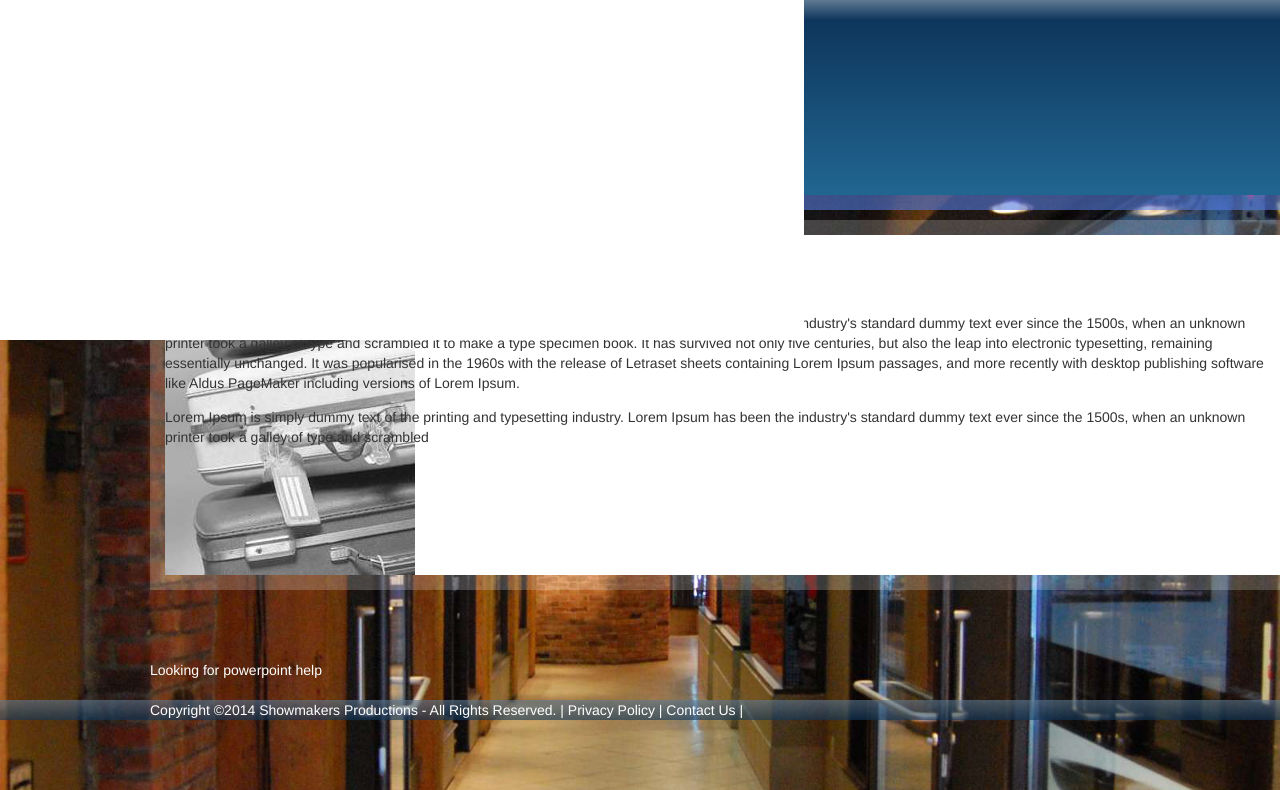
Repository: EddieMachete/showmakers
Page: index.html
The author's editor kept a record of every edit. The page is drawn from the files as they stood at one moment, then again after the next edit.
The browser window is 1280 px wide. The pictures show the whole page.
Backgrounds fixed to the window are drawn as part of the page.

Above is the page before.
Console error: TypeError: Cannot read properties of undefined (reading 'querySelector')

After the next edit:
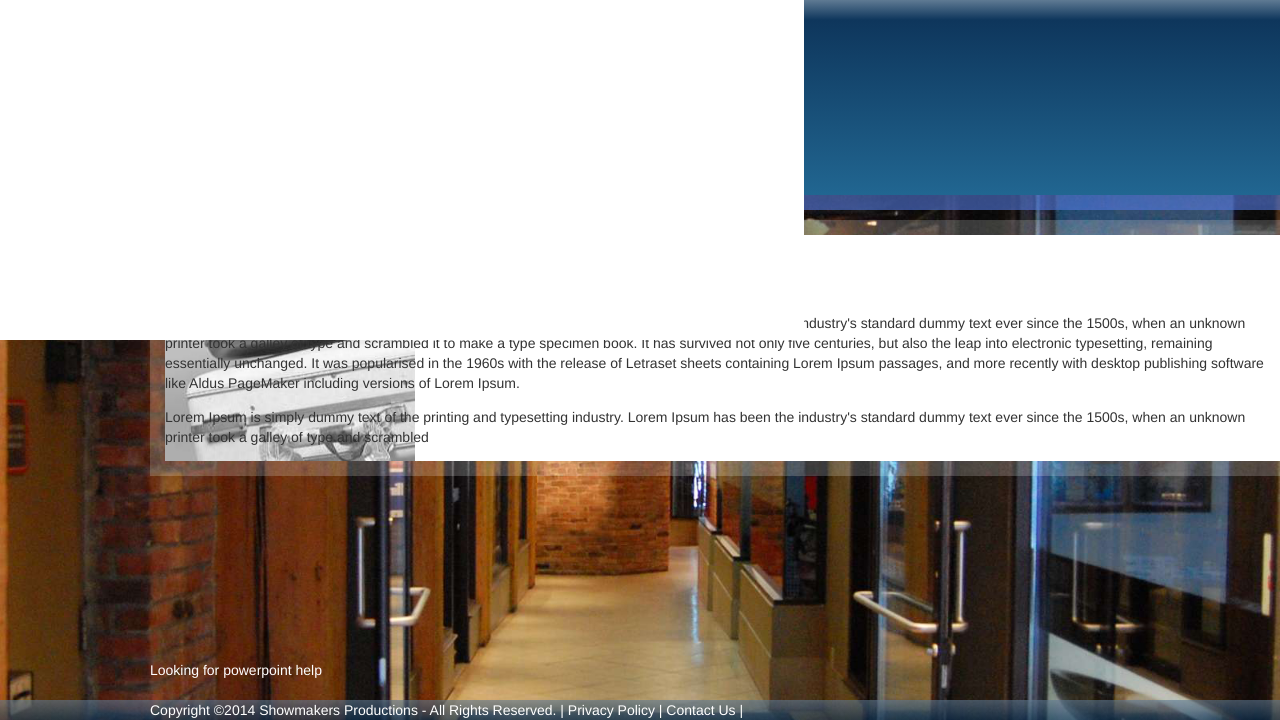
The edit:
--- a/Css/main.css
+++ b/Css/main.css
@@ -295,7 +295,6 @@
 
 .main-content .container {
 	background-color: #FFF;
-	height: 340px;
 	margin: 15px 0 0 0;
 	overflow: hidden;
 	position: relative;
